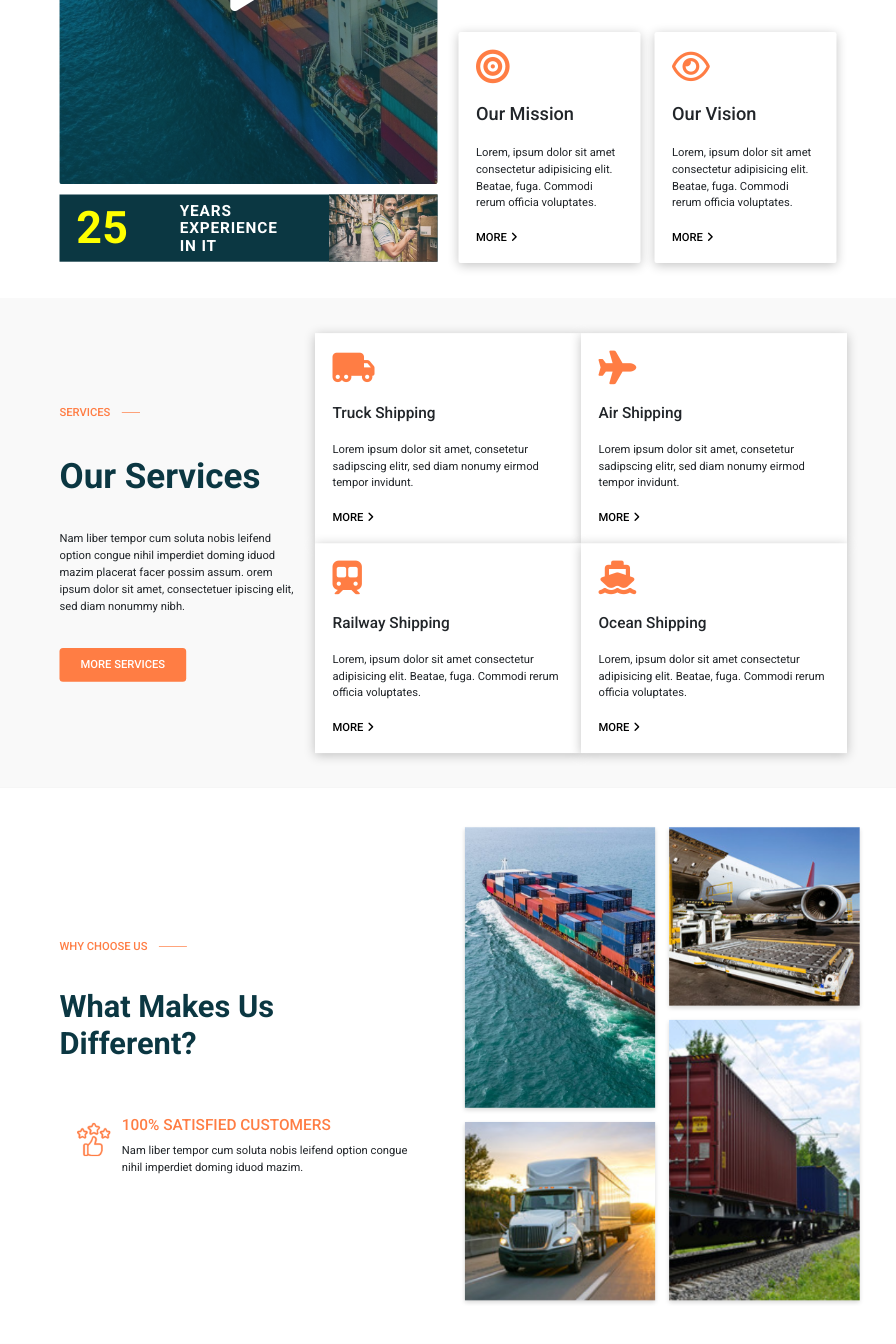
Repository: nazmulalok/shipping-theme
Page: index.html
These files come from the project's save history. The page is drawn as it stood at one moment and after the next save; the edit follows.
The browser window is 1280 px wide. The pictures show the part of the page from y = 1327 to 3247 px (the page is 3247 px tall), at 70% of full size.
Some web libraries are served in a nearby version.

Above is the page before, as saved 2022-10-08 23:27:48.

### index.html
<!DOCTYPE html>
<html lang="en">

    <head>
        <meta charset="UTF-8">
        <meta http-equiv="X-UA-Compatible" content="IE=edge">
        <meta name="viewport" content="width=device-width, initial-scale=1.0">
        <link rel="preconnect" href="https://fonts.googleapis.com">
        <link rel="preconnect" href="https://fonts.gstatic.com" crossorigin>
        <link
            href="https://fonts.googleapis.com/css2?family=Roboto:ital,wght@0,300;0,400;0,500;0,700;0,900;1,300;1,400;1,500;1,700;1,900&display=swap"
            rel="stylesheet">
        <link rel="stylesheet" href="https://cdnjs.cloudflare.com/ajax/libs/font-awesome/6.2.0/css/all.min.css"
            integrity="sha512-xh6O/CkQoPOWDdYTDqeRdPCVd1SpvCA9XXcUnZS2FmJNp1coAFzvtCN9BmamE+4aHK8yyUHUSCcJHgXloTyT2A=="
            crossorigin="anonymous" referrerpolicy="no-referrer" />
        <link rel="stylesheet" href="https://cdn.jsdelivr.net/npm/bootstrap@4.0.0/dist/css/bootstrap.min.css"
            integrity="sha384-Gn5384xqQ1aoWXA+058RXPxPg6fy4IWvTNh0E263XmFcJlSAwiGgFAW/dAiS6JXm" crossorigin="anonymous">
        <link rel="stylesheet" href="style.css">
        <title>Document</title>
    </head>

    <body>
        <header class="header-top">
            <div class="container">
                <div class="top-bar">
                    <p class="m-0">Dolor sit amet, consetetur sadipscing elitr sed diam</p>
                    <div>
                        <span class="mr-4">Shipment Tracker</span>
                        <span>Login</span>
                    </div>
                </div>
                <div class="header-area">
                    <div class="logo">
                        <img src="images/box.svg" alt="Logo Box" class="me-2">
                        <img src="images/shipping-logo.svg" alt="Shipping Logo">
                    </div>
                    <nav>
                        <ul>
                            <li><a href="#">Home</a></li>
                            <li><a href="#">About Us</a></li>
                            <li><a href="#">Service</a></li>
                            <li><a href="#">Project</a></li>
                            <li><a href="#">Blog</a></li>
                            <li><a href="#">News & Events</a></li>
                            <li><a href="#">Contact Us</a></li>
                        </ul>
                    </nav>
                    <div class="nav-btn">
                        <a class="common-btn mr-3" href="#">Get A Quote</a>
                        <i class="fa-solid fa-ellipsis-vertical"></i>
                    </div>
                </div>
            </div>
        </header>
        <!-- Slider -->
        <section>
            <div class="main-slider">
                <div class="container">
                    <div class="slide-content">
                        <div class="slide-text">
                            <div class="slider-title mb-4">Lorem ips<br>
                                dolor sit ametcon<br>
                                sadips cing</div>
                            <p>Nam liber tempor cum soluta nobis eleifend option</p>
                            <div class="sliderBtn mt-5"><a class="common-btn mr-4" href="#">Get Started Now</a><a
                                    class="common-btn outline-btn" href="#">Learn More</a></div>
                        </div>
                    </div>
                </div>
            </div>
        </section>
        <!-- Slider Ends -->
        <div class="common-sec">
            <div class="container">
                <div class="row align-items-center mb-5">
                    <div class="col-lg-6">
                        <h1 class="border-heading">Duis Autem Vel Eumri
                            Ure Dolor In Hend</h1>
                    </div>
                    <div class="col-lg-6">
                        <p class="ms-4">Nam liber tempor cum soluta nobis eleifend option congue nihil imperdiet doming
                            id quod mazim
                            placerat facer possim assum. Lorem ipsum dolor sit amet, consectetuer adipiscing.</p>
                    </div>
                </div>
                <div class="row mt-5">
                    <div class="col-lg-6">
                        <div class="video-box img-box img-shadow">
                            <img src="images/ship-products.jpg" alt="Ship Products" />
                            <a data-fancybox="" href="" class="video-btn">
                                <i class="fa fa-play"></i>
                            </a>
                        </div>
                        <div class="exp-section">
                            <div class="exp-title ml-4">
                                25
                            </div>
                            <div class="exp-paragraph">
                                Years <br>Experience <br>In It
                            </div>
                            <img src="images/exp-bg.png" alt="Experience">
                        </div>
                    </div>
                    <div class="col-lg-6">
                        <span class="sp-title">About Us</span>
                        <h2 class="mb-5">Lorem Ipsum Dolo
                            Sit Amet Conse</h2>
                        <p class="mb-5">Lorem ipsum dolor sit amet, consetetur sadipscing elitr, sed diam nonumy eirmod
                            tempor
                            invidunt.</p>
                        <div class="boxes">
                            <div class="common-box">
                                <div class="content">
                                    <i class="fa-solid fa-bullseye mb-4"></i>
                                    <div class="box-title mb-4">
                                        Our Mission
                                    </div>
                                    <p class="mb-4">Lorem, ipsum dolor sit amet consectetur adipisicing elit. Beatae,
                                        fuga. Commodi
                                        rerum
                                        officia voluptates.</p>
                                    <a href="#" class="more-btn">More</a>
                                </div>
                            </div>
                            <div class="common-box">
                                <div class="content">
                                    <i class="fa-regular fa-eye mb-4"></i>
                                    <div class="box-title mb-4">
                                        Our Vision
                                    </div>
                                    <p class="mb-4">Lorem, ipsum dolor sit amet consectetur adipisicing elit. Beatae,
                                        fuga. Commodi
                                        rerum
                                        officia voluptates.</p>
                                    <a href="#" class="more-btn">More</a>
                                </div>
                            </div>
                        </div>
                    </div>
                </div>
            </div>
        </div>
        <div class="common-sec service-sec">
            <div class="container">
                <div class="row align-items-center">
                    <div class="col-lg-4">
                        <span class="sp-title">Services</span>
                        <h2 class="mb-5">Our Services</h2>
                        <p class="mb-5">Nam liber tempor cum soluta nobis leifend option congue nihil imperdiet doming
                            iduod mazim placerat facer possim assum. orem ipsum dolor sit amet, consectetuer ipiscing
                            elit, sed diam nonummy nibh.</p>
                        <a href="#" class="common-btn">More Services</a>
                    </div>
                    <div class="col-lg-8">
                        <div class="row">
                            <div class="col-lg-6 p-0">
                                <div class="common-box">
                                    <div class="content">
                                        <i class="fa-solid fa-truck-moving mb-4"></i>
                                        <div class="box-title mb-4">
                                            Truck Shipping
                                        </div>
                                        <p class="mb-4">Lorem ipsum dolor sit amet, consetetur sadipscing elitr, sed
                                            diam nonumy eirmod tempor invidunt.</p>
                                        <a href="#" class="more-btn">More</a>
                                    </div>
                                </div>
                            </div>
                            <div class="col-lg-6 p-0">
                                <div class="common-box">
                                    <div class="content">
                                        <i class="fa-solid fa-plane mb-4"></i>
                                        <div class="box-title mb-4">
                                            Air Shipping
                                        </div>
                                        <p class="mb-4">Lorem ipsum dolor sit amet, consetetur sadipscing elitr, sed
                                            diam nonumy eirmod tempor invidunt.</p>
                                        <a href="#" class="more-btn">More</a>
                                    </div>
                                </div>
                            </div>
                            <div class="col-lg-6 p-0">
                                <div class="common-box">
                                    <div class="content">
                                        <i class="fa-solid fa-train-subway mb-4"></i>
                                        <div class="box-title mb-4">
                                            Railway Shipping
                                        </div>
                                        <p class="mb-4">Lorem, ipsum dolor sit amet consectetur adipisicing elit.
                                            Beatae,
                                            fuga. Commodi
                                            rerum
                                            officia voluptates.</p>
                                        <a href="#" class="more-btn">More</a>
                                    </div>
                                </div>
                            </div>
                            <div class="col-lg-6 p-0">
                                <div class="common-box">
                                    <div class="content">
                                        <i class="fa-solid fa-ship mb-4"></i>
                                        <div class="box-title mb-4">
                                            Ocean Shipping
                                        </div>
                                        <p class="mb-4">Lorem, ipsum dolor sit amet consectetur adipisicing elit.
                                            Beatae,
                                            fuga. Commodi
                                            rerum
                                            officia voluptates.</p>
                                        <a href="#" class="more-btn">More</a>
                                    </div>
                                </div>
                            </div>
                        </div>
                    </div>
                </div>
            </div>
        </div>
        <div class="common-sec why-choose-sec">
            <div class="container">
                <div class="row align-items-center">
                    <div class="col-lg-6">
                        <span class="sp-title">Why Choose Us</span>
                        <h3 class="mb-5">What Makes Us <br>
                            Different?</h3>
                        <div class="why-choose-box">
                            <div class="common-box">
                                <div class="content d-flex align-items-center">
                                    <div class="img-box mr-3">
                                        <img src="images/satisfied-customers.png" alt="Satisfied Customers">
                                    </div>
                                    <div>
                                        <div class="box-title mb-2">
                                            100% Satisfied Customers
                                        </div>
                                        <p>Nam liber tempor cum soluta nobis leifend option congue nihil imperdiet
                                            doming iduod mazim.</p>
                                    </div>
                                </div>
                            </div>
                        </div>
                    </div>
                    <div class="col-lg-6">
                        <div class="img-box">
                            <img src="images/why-choose-shipping.png" alt="Why Choose Shipping">
                        </div>
                    </div>
                </div>
            </div>
        </div>














        <script src="https://code.jquery.com/jquery-3.2.1.slim.min.js"
            integrity="sha384-KJ3o2DKtIkvYIK3UENzmM7KCkRr/rE9/Qpg6aAZGJwFDMVNA/GpGFF93hXpG5KkN"
            crossorigin="anonymous"></script>
        <script src="https://cdn.jsdelivr.net/npm/popper.js@1.12.9/dist/umd/popper.min.js"
            integrity="sha384-ApNbgh9B+Y1QKtv3Rn7W3mgPxhU9K/ScQsAP7hUibX39j7fakFPskvXusvfa0b4Q"
            crossorigin="anonymous"></script>
        <script src="https://cdn.jsdelivr.net/npm/bootstrap@4.0.0/dist/js/bootstrap.min.js"
            integrity="sha384-JZR6Spejh4U02d8jOt6vLEHfe/JQGiRRSQQxSfFWpi1MquVdAyjUar5+76PVCmYl"
            crossorigin="anonymous"></script>
    </body>

</html>

### style.css
/* Common CSS Starts*/
*,
*::before,
*::after {
    box-sizing: border-box;
    margin: 0;
    padding: 0;
}

html {
    scroll-behavior: smooth;
}

:root {
    --main-color: #FF7D44;
    --secondary-color: #0B3742;
    --tertiary-color: #FFFFFF;
}

body {
    font-family: 'Roboto', sans-serif;
}

a.white-space {
    white-space: nowrap;
}

/* Common CSS Ends */

/* slider style starts */

.main-slider>* {
    z-index: 10;
}

.main-slider {
    background: url(images/shipping-banner.jpg);
    height: 700px;
    width: 100%;
    background-size: cover;
    background-repeat: no-repeat;
    background-position: center;
    position: relative;
    display: flex;
    align-items: center;
    transition: all 1s;
    margin-top: -155px;
    z-index: 50;
}

.main-slider:before {
    content: '';
    width: 100%;
    height: 100%;
    top: 0;
    left: 0;
    position: absolute;
    background-color: rgb(11 55 66 / 55%);
    z-index: 1;
}

.slide-content {
    text-align: center;
}

.slide-text {
    color: var(--tertiary-color);
    padding-top: 100px;
}

.slider-title {
    font-size: 4rem;
    font-weight: 600;
    line-height: 4.5rem;
    text-transform: uppercase;
}

.slide-text p {
    font-size: 20px;
}

a.common-btn {
    display: inline-block;
    text-decoration: none;
    color: var(--tertiary-color);
    background: var(--main-color);
    padding: 12px 30px;
    border-radius: 5px;
    font-size: 16px;
    font-weight: 500;
    text-transform: uppercase;
    transition: all 1s ease;
}

a.common-btn:hover {
    background: var(--tertiary-color);
    color: var(--secondary-color);
}

a.common-btn.outline-btn {
    background: transparent !important;
    border: 1px solid var(--tertiary-color);
}

a.common-btn.outline-btn:hover {
    background: var(--tertiary-color) !important;
}

/* Header style starts */

.header-top {
    z-index: 100;
    background: transparent;
    position: relative;
}

.top-bar,
.header-area {
    display: flex;
    justify-content: space-between;
    align-items: center;
    color: var(--tertiary-color);
}

.top-bar {
    padding: 20px 0px;
}

.header-area {
    background: var(--tertiary-color);
    padding: 15px 20px;
    border-radius: 3px;
}

nav ul {
    list-style-type: none;
    color: var(--secondary-color);
    display: flex;
    gap: 1.7rem;
    margin: 0;
}

nav ul a {
    color: var(--secondary-color);
    text-decoration: none;
    font-size: 16px;
    font-weight: 500;
    transition: all 0.5s;
}

nav ul a:hover {
    color: var(--main-color);
    transition: all 0.5s;
}

.nav-btn {
    align-items: center;
    display: flex;
}

.nav-btn i {
    color: var(--tertiary-color);
    font-size: 21px;
    background: gray;
    padding: 13px 15px;
    border-radius: 5px;
}

/* Headings Styles */

h1 {
    font-size: 56px;
}

h2 {
    font-size: 50px;
}

h3 {
    font-size: 44px;
}

h4 {
    font-size: 38px;
}

h5 {
    font-size: 32px;
}

h6 {
    font-size: 26px;
}

h1,
h2,
h3,
h4,
h5,
h6 {
    font-weight: 700;
    margin-bottom: 10px;
    color: var(--secondary-color);
}

/* Section Styles */

.py-50,
.common-sec {
    padding-top: 50px;
    padding-bottom: 50px;
}

.common-sec {
    position: relative;
    z-index: 0;
    overflow: hidden;
}

.common-sec:nth-child(even):before {
    content: "";
    position: absolute;
    width: 1000%;
    height: 100%;
    top: 50%;
    left: 50%;
    transform: translate(-50%, -50%);
    background-color: #f9f9f9;
    border-bottom: 1px solid #f6f6f6;
    z-index: -1;
}

/* Image box style */

.img-box {
    border-radius: 3px;
    transition: 0.5s;
    margin-bottom: 15px;
    text-align: center;
    position: relative;
}

.img-box img {
    border-radius: 3px;
}

.img-box:last-child {
    margin-bottom: 0;
}

figure.img-box img+figcaption {
    margin-top: 10px;
    text-align: left;
    padding: 10px;
    border-radius: 3px;
    box-shadow: -5px 5px 20px 0 rgb(0 0 0 / 5%);
}

.img-box.img-shadow:before {
    content: '';
    width: 100%;
    height: 100%;
    position: absolute;
    top: 0;
    left: 0;
    background-color: rgb(11 55 66 / 55%);
    border-radius: 3px;
}

/* Video Box */

.video-box {
    position: relative;
}

.video-box img {
    border-radius: 3px;
    width: 100%;
}

.video-btn {
    position: absolute;
    text-align: center;
    color: var(--tertiary-color);
    font-size: 30px;
    border: none;
    left: 50%;
    top: 50%;
    -webkit-transform: translate(-50%, -50%);
    transform: translate(-50%, -50%);
    display: flex;
    justify-content: center;
    align-items: center;
    text-decoration: none !important;
    box-shadow: none;
    transition: 0.5s;
}

.video-btn .fa-play {
    color: var(--tertiary-color);
    position: relative;
    z-index: 99;
    -webkit-transition: color 0.5s;
    transition: 0.5s;
    text-decoration: none;
    line-height: 80px;
    font-size: 70px;
}

.video-btn:hover {
    color: inherit;
}

.video-btn:hover .fa-play {
    color: var(--main-color);
}

.video-btn:before,
.video-btn:after {
    display: none;
}

/* Common Box Styles */

.common-box {
    box-shadow: rgb(0 0 0 / 24%) 0px 3px 15px;
    height: 100%;
    background-color: #fff;
    border-radius: 3px;
    transition: all 0.5s ease;
}

.common-box>.img-box {
    margin-bottom: 0;
}

.common-box .common-heading:last-child,
.common-box p:last-child,
.common-box ul:last-child,
.common-box ul:last-child li:last-child,
.common-box .img-box:last-child {
    margin-bottom: 0;
}

.common-box>.content {
    padding: 25px;
}

/* Other CSS Starts */

.border-heading {
    border-right: 2px solid #E8E8E8;
}

.sp-title {
    display: flex;
    text-transform: uppercase;
    color: var(--main-color);
    font-weight: 500;
    align-items: center;
    margin-bottom: 3rem;
}

.sp-title:after {
    content: '';
    width: 20px;
    height: 1px;
    background: var(--main-color);
    flex: 0.1;
    margin-left: 1rem;
}

.boxes {
    display: grid;
    grid-template-columns: 1fr 1fr;
    grid-gap: 20px;
}

.common-box i {
    color: var(--main-color);
    font-size: 48px;
}

.common-box .box-title {
    font-size: 26px;
    font-weight: 500;
}

.common-box:hover {
    background-color: var(--main-color);
    color: var(--tertiary-color);
    transition: all 0.5s ease;
}

.common-box:hover i {
    color: var(--tertiary-color);
    transition: all 1s ease;
}

.exp-section {
    background: var(--secondary-color);
    display: flex;
    align-items: center;
    justify-content: space-between;
}

.exp-section .exp-title {
    color: #FFFF00;
    font-size: 64px;
    font-weight: 600;
    letter-spacing: 0.5px;
}

.exp-section .exp-paragraph {
    color: var(--tertiary-color);
    font-size: 22px;
    font-weight: 600;
    line-height: normal;
    text-transform: uppercase;
    letter-spacing: 1.2px;
}

.exp-section img {
    width: 155px;
}

a.more-btn {
    display: inline-block;
    color: #000;
    font-size: 16px;
    font-weight: 500;
    text-transform: uppercase;
    text-decoration: none;
}

a.more-btn:after {
    content: '\f105';
    font-family: 'FontAwesome';
    margin-left: 5px;

}

.common-box:hover a.more-btn {
    color: var(--tertiary-color);
}

/* Service Section */

.service-sec .common-box {
    border-radius: 0px;
}

.service-sec .common-box .box-title {
    font-size: 22px;
    font-weight: 500;
}

/* Why Choose Section */

.why-choose-box .common-box {
    box-shadow: none;
    border-radius: 0px;
    transition: all 0.5s ease;
}

.why-choose-box .common-box:hover {
    background-color: var(--tertiary-color);
    color: #000;
    transition: all 0.5s ease;
}

.why-choose-box .common-box .box-title {
    color: var(--main-color);
    font-size: 22px;
    font-weight: 500;
    text-transform: uppercase;
}

After the next save:
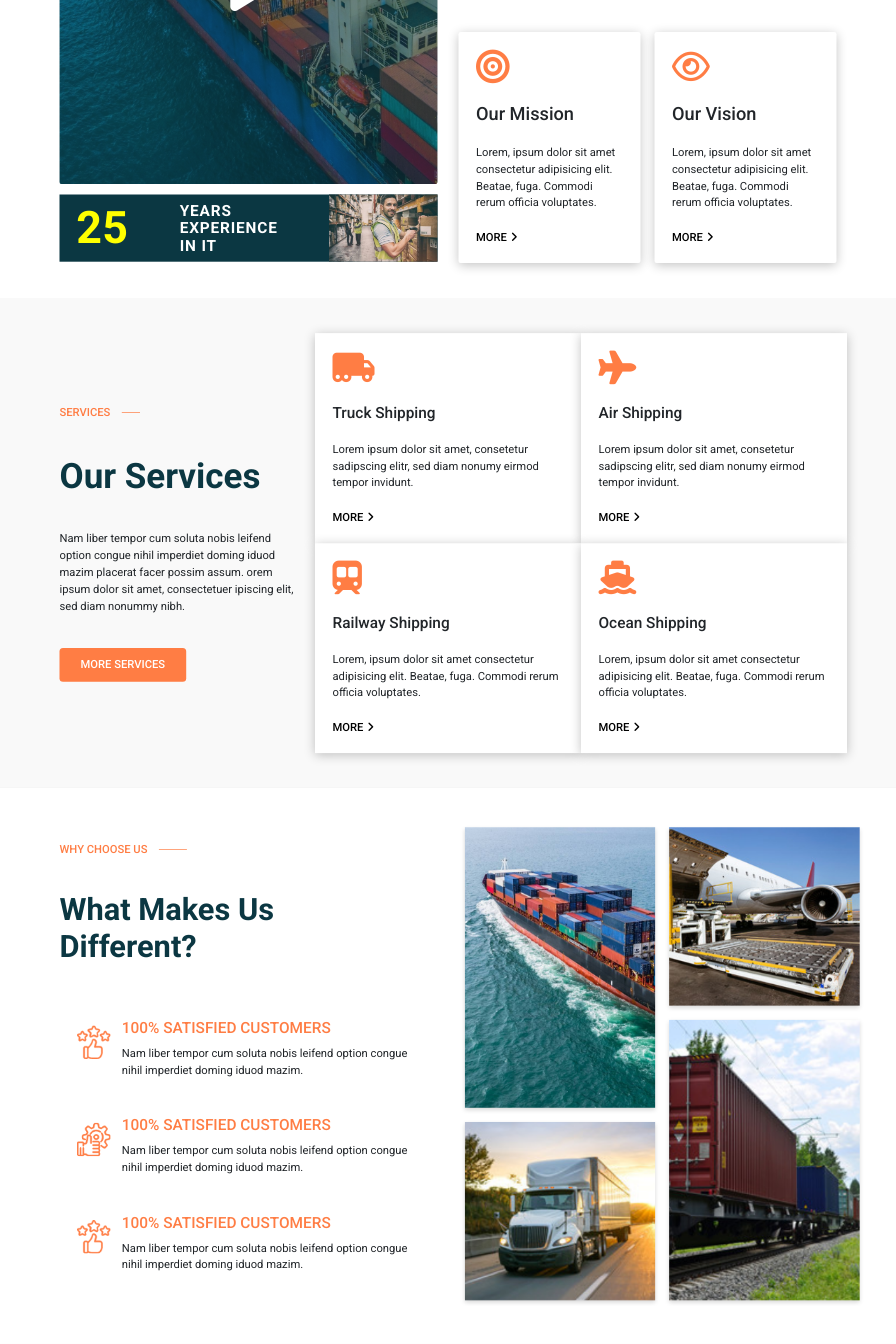
Saved 114 s later.
--- a/index.html
+++ b/index.html
@@ -238,6 +238,34 @@
                                     </div>
                                 </div>
                             </div>
+                            <div class="common-box">
+                                <div class="content d-flex align-items-center">
+                                    <div class="img-box mr-3">
+                                        <img src="images/quality-services.png" alt="Quality Services">
+                                    </div>
+                                    <div>
+                                        <div class="box-title mb-2">
+                                            100% Satisfied Customers
+                                        </div>
+                                        <p>Nam liber tempor cum soluta nobis leifend option congue nihil imperdiet
+                                            doming iduod mazim.</p>
+                                    </div>
+                                </div>
+                            </div>
+                            <div class="common-box">
+                                <div class="content d-flex align-items-center">
+                                    <div class="img-box mr-3">
+                                        <img src="images/satisfied-customers.png" alt="Satisfied Customers">
+                                    </div>
+                                    <div>
+                                        <div class="box-title mb-2">
+                                            100% Satisfied Customers
+                                        </div>
+                                        <p>Nam liber tempor cum soluta nobis leifend option congue nihil imperdiet
+                                            doming iduod mazim.</p>
+                                    </div>
+                                </div>
+                            </div>
                         </div>
                     </div>
                     <div class="col-lg-6">
